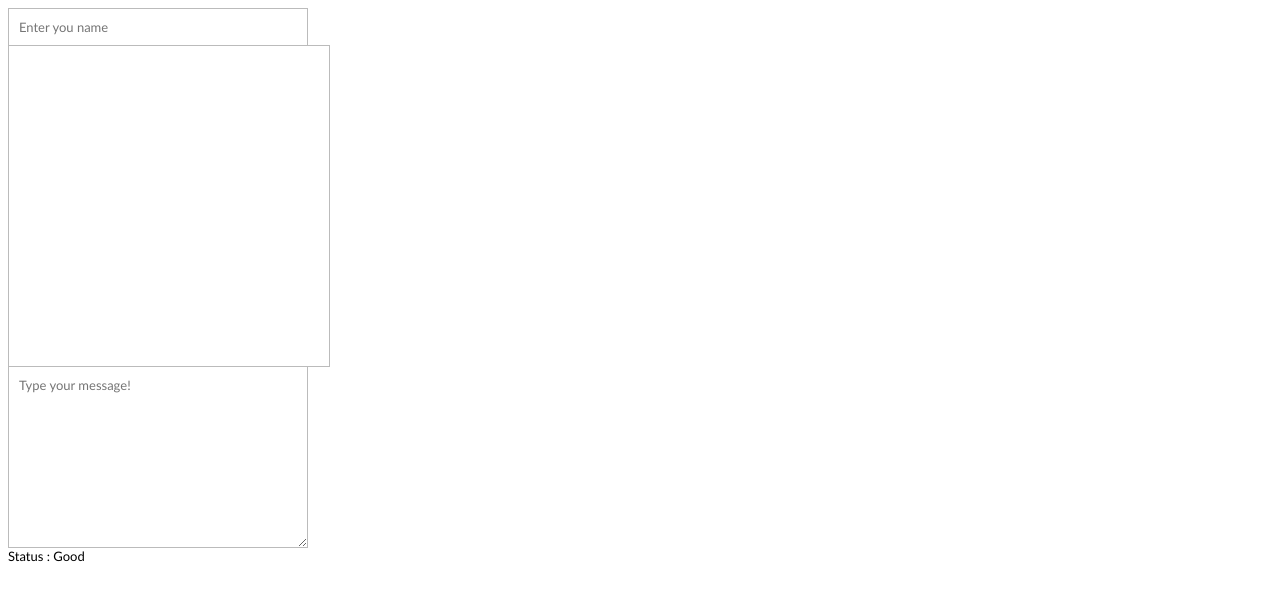
Repository: mahmoudozil/nodejsRealTimeChatApp
Page: index.html
An editor plug-in stored every save of this project. The page is shown before and after the next save, followed by the edit.
The browser window is 1280 px wide. The pictures show the whole page.

Above is the page before, as saved 2018-08-10 15:31:16.

After the next save:
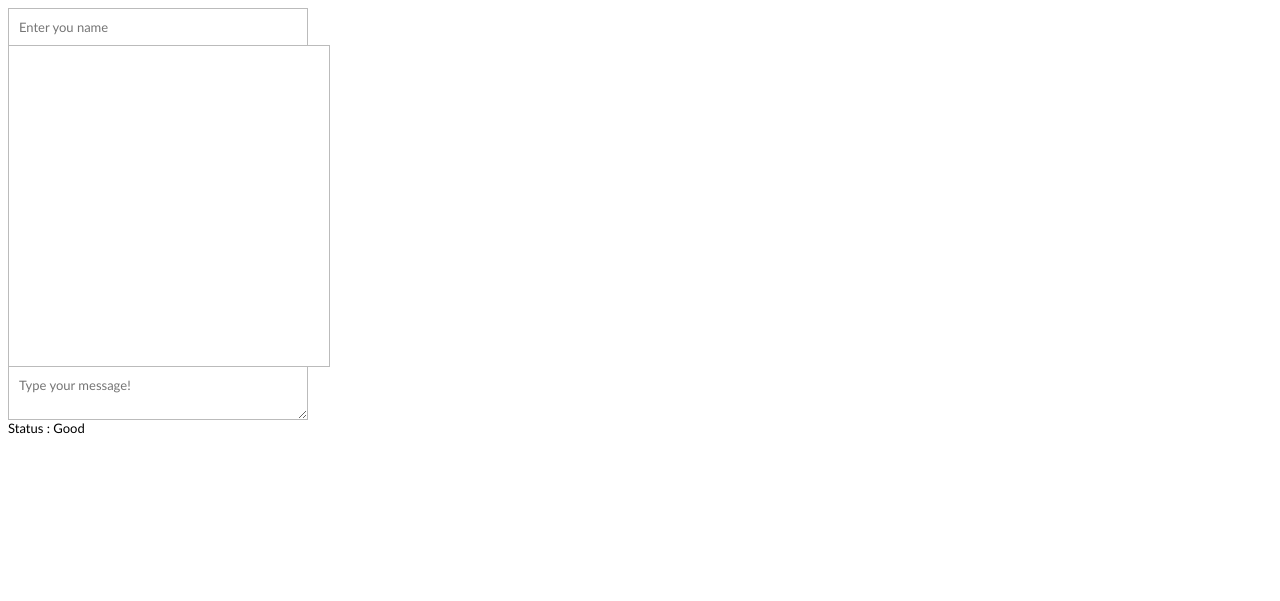
Saved 16 s later.
--- a/index.html
+++ b/index.html
@@ -7,7 +7,7 @@
         <div class="chat">
             <input type="text" class="chat-name" placeholder="Enter you name">
             <div class="chat-messages"></div>
-            <textarea name="" id="" cols="30" rows="10" placeholder="Type your message!"></textarea>
+            <textarea placeholder="Type your message!"></textarea>
             <div class="chat-status">Status : <span>Good</span></div>
         </div>
     </body>
